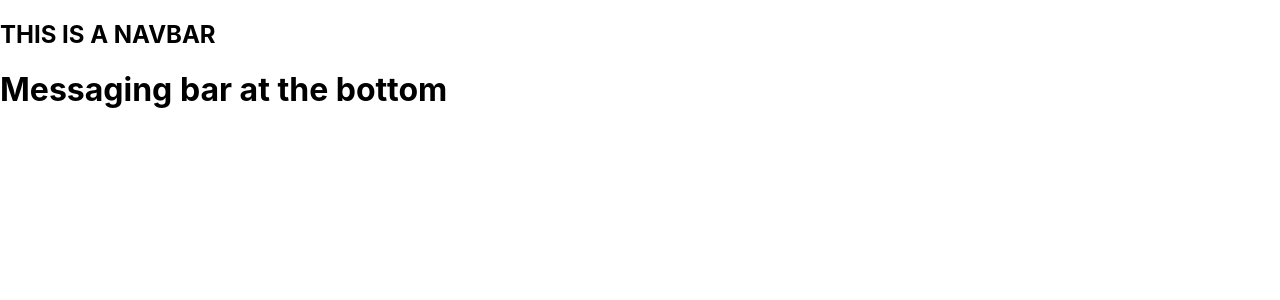
Repository: react-for-web-developers/03-react-components
Page: / (app in exercises/linkedin/)
An editor plug-in stored every save of this project. The page is shown before and after a run of saves, followed by the edit.
The browser window is 1280 px wide. The pictures show the whole page.
The project was rebuilt for these pictures with package versions that can differ from the ones it lists, and the page was loaded fresh each time. Also part of the build but not shown: exercises/linkedin/src/App.css.

Above is the page before, as saved 2021-10-13 22:53:26.

After the next 3 saves:
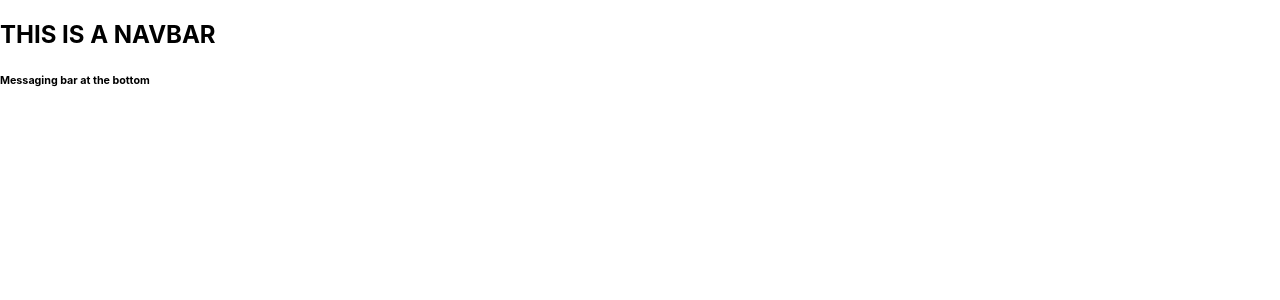
The 3 saves are shown as one change because 1 did not build or start and some came seconds apart.
The last was saved 24 s later.
--- a/exercises/linkedin/src/components/Messaging.js
+++ b/exercises/linkedin/src/components/Messaging.js
@@ -3,7 +3,7 @@ import React from 'react'
 export default function Messaging() {
     return (
         <div>
-            <h1>Messaging bar at the bottom</h1>
+            <h6>Messaging bar at the bottom</h6>
         </div>
     )
 }
